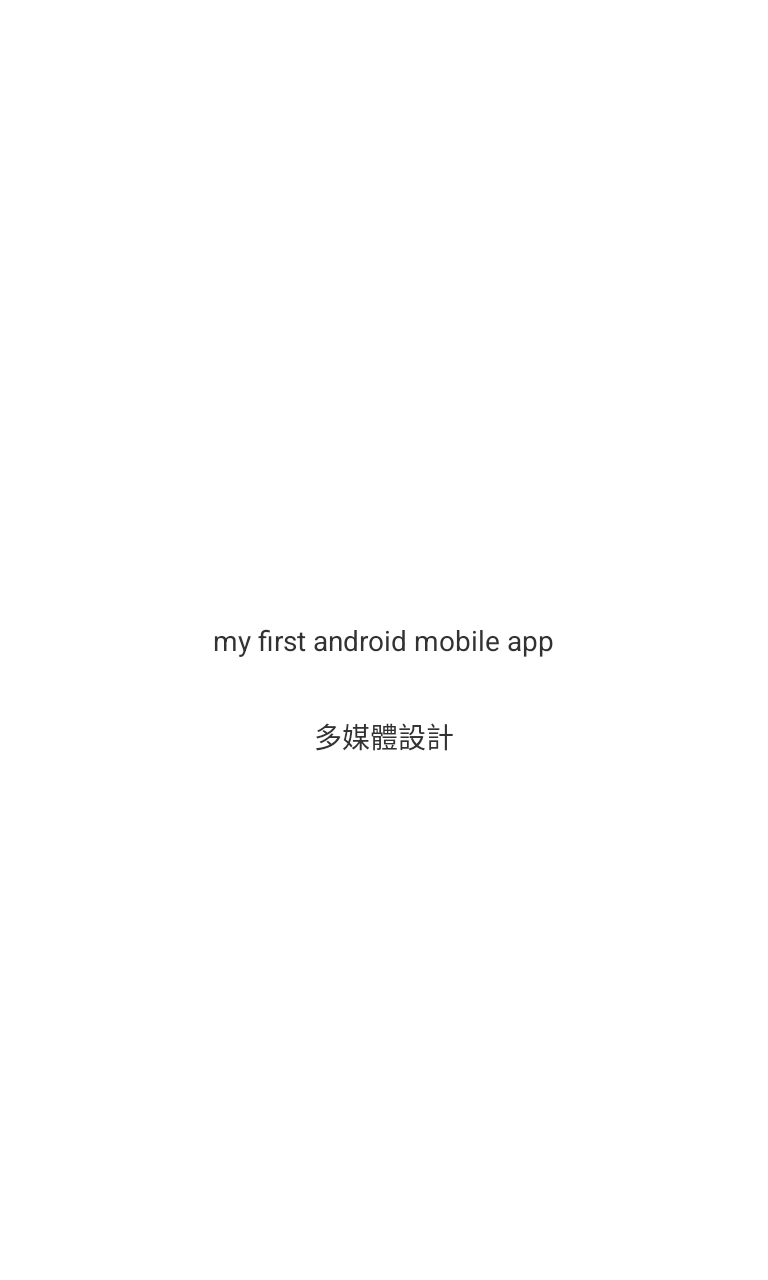
Repository: ericluo1123/myAndroidCode
Layout: myAndroidProject/res/layout/activity_main.xml
An editor plug-in stored every save of this project. The layout is shown before and after the next save, followed by the edit.
It is drawn on a 768 x 1280 px phone screen (xhdpi) without system bars, with theme AppTheme; the app's code is not run.

Above is the layout before, as saved 2014-09-25 07:05:25.

### myAndroidProject/res/layout/activity_main.xml
<RelativeLayout xmlns:android="http://schemas.android.com/apk/res/android"
    xmlns:tools="http://schemas.android.com/tools"
    android:layout_width="match_parent"
    android:layout_height="match_parent"
    android:paddingBottom="@dimen/activity_vertical_margin"
    android:paddingLeft="@dimen/activity_horizontal_margin"
    android:paddingRight="@dimen/activity_horizontal_margin"
    android:paddingTop="@dimen/activity_vertical_margin"
    tools:context="com.example.myandroidproject.MainActivity" >

    <TextView
        android:id="@+id/textView2"
        android:layout_width="wrap_content"
        android:layout_height="wrap_content"
        android:layout_centerHorizontal="true"
        android:layout_centerVertical="true"
        android:text="@string/hello_world" />

    <TextView
        android:id="@+id/textView1"
        android:layout_width="wrap_content"
        android:layout_height="wrap_content"
        android:layout_below="@+id/textView2"
        android:layout_centerHorizontal="true"
        android:layout_marginTop="28dp"
        android:text="多媒體設計" />

</RelativeLayout>

### myAndroidProject/res/values/strings.xml
<?xml version="1.0" encoding="utf-8"?>
<resources>

    <string name="app_name">myAndroidProject</string>
    <string name="hello_world">my first android mobile app</string>
    <string name="action_settings">Settings</string>

</resources>

Loaded but not shown: myAndroidProject/res/values/styles.xml (common file); myAndroidProject/res/values-v11/styles.xml (common file); myAndroidProject/res/values-v14/styles.xml (common file); myAndroidProject/res/values/dimens.xml (common file); myAndroidProject/res/values-w820dp/dimens.xml (common file)

After the next save:
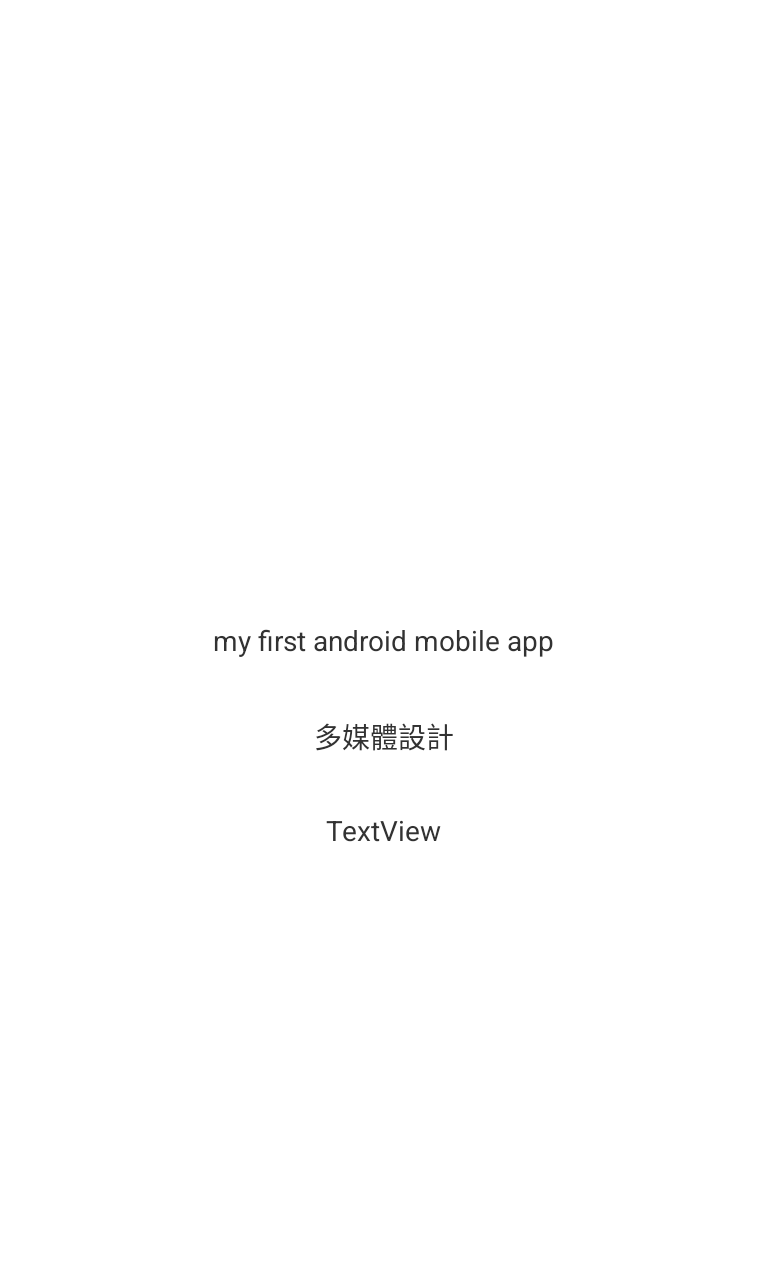
Saved 2 min 52 s later.
--- a/myAndroidProject/res/layout/activity_main.xml
+++ b/myAndroidProject/res/layout/activity_main.xml
@@ -25,4 +25,13 @@
         android:layout_marginTop="28dp"
         android:text="多媒體設計" />
 
+    <TextView
+        android:id="@+id/textView3"
+        android:layout_width="wrap_content"
+        android:layout_height="wrap_content"
+        android:layout_below="@+id/textView1"
+        android:layout_centerHorizontal="true"
+        android:layout_marginTop="27dp"
+        android:text="TextView" />
+
 </RelativeLayout>
